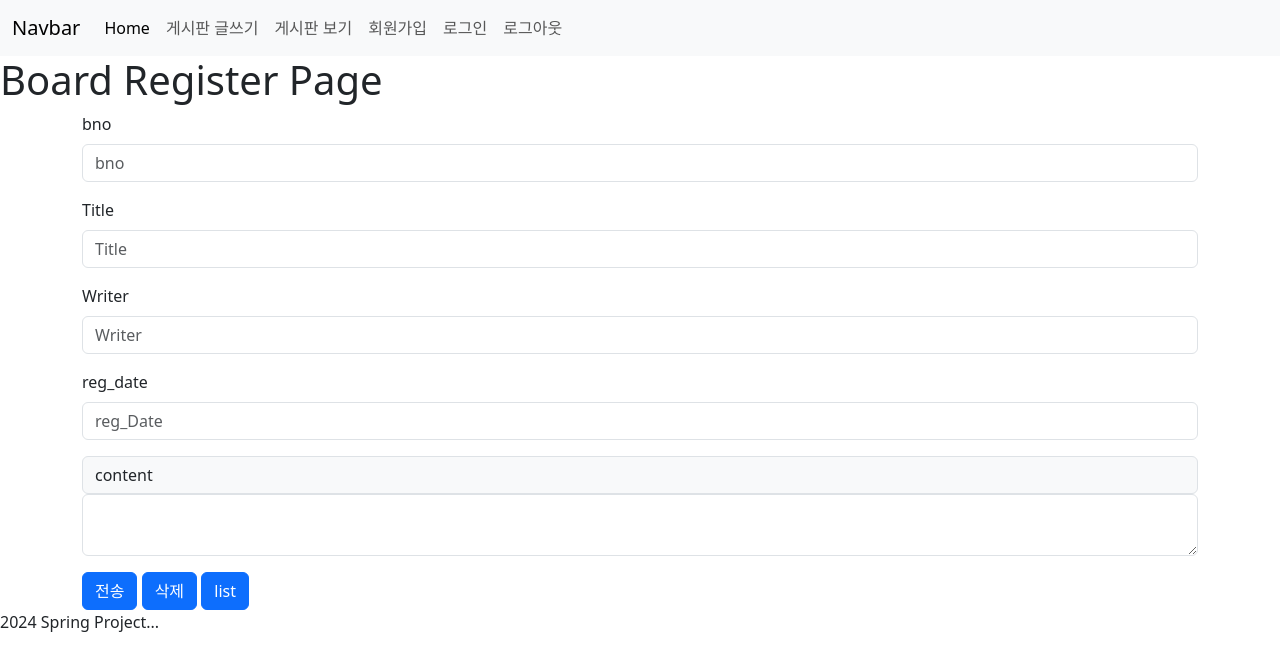
Repository: leegangjin/springTest240430
Page: http://localhost/spring_study/WEB-INF/views/board/detail.jsp
An editor plug-in stored every save of this project. The page is shown before and after the next save, followed by the edit.
The browser window is 1280 px wide. The pictures show the whole page.
The page is served by Tomcat 9. Nobody is signed in. The template is opened directly, without the code that normally fills it, so the values that code supplies are empty.

Above is the page before, as saved 2024-04-24 05:49:11.

After the next save:
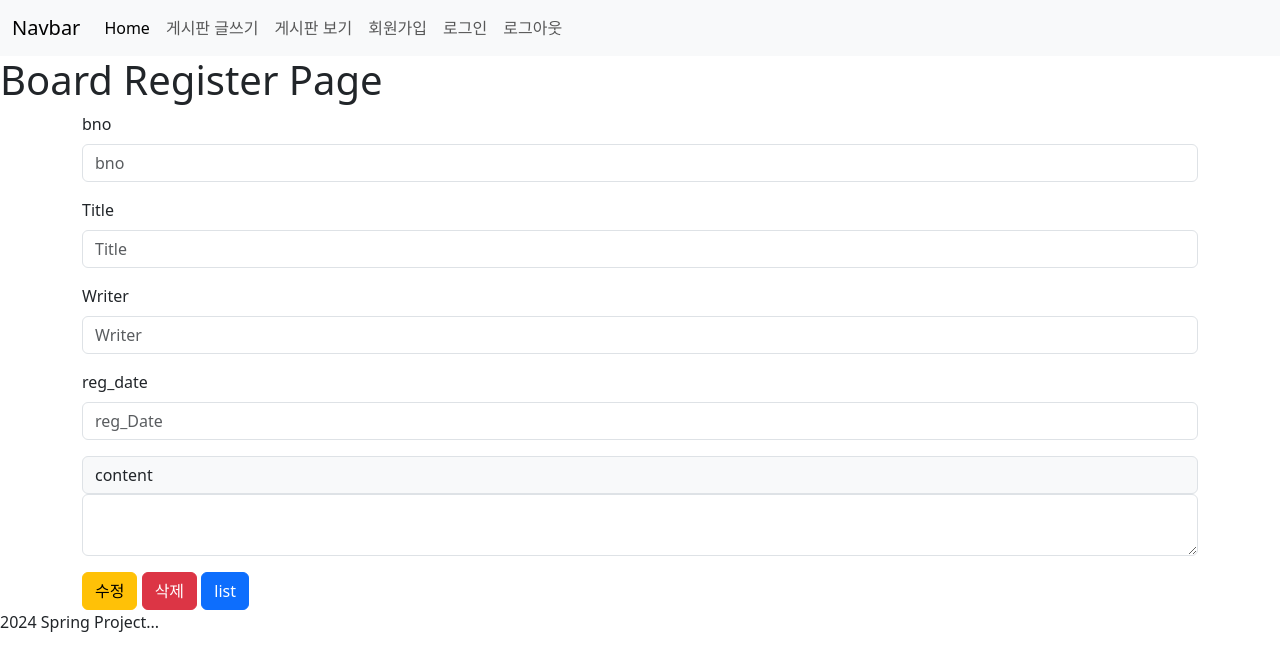
Saved 54 s later.
--- a/spring_study/src/main/webapp/WEB-INF/views/board/detail.jsp
+++ b/spring_study/src/main/webapp/WEB-INF/views/board/detail.jsp
@@ -33,8 +33,8 @@
 		<textarea class="form-control" name="content"
 			aria-label="With textarea"></textarea>
 	</div>
-	<a><button type="button" class="btn btn-primary">전송</button></a>
-	<a><button type="button" class="btn btn-primary">삭제</button></a>
+	<a><button type="button" class="btn btn-warning">수정</button></a>
+	<a><button type="button" class="btn btn-danger">삭제</button></a>
 	<a><button type="button" class="btn btn-primary">list</button></a>
 
 </div>
